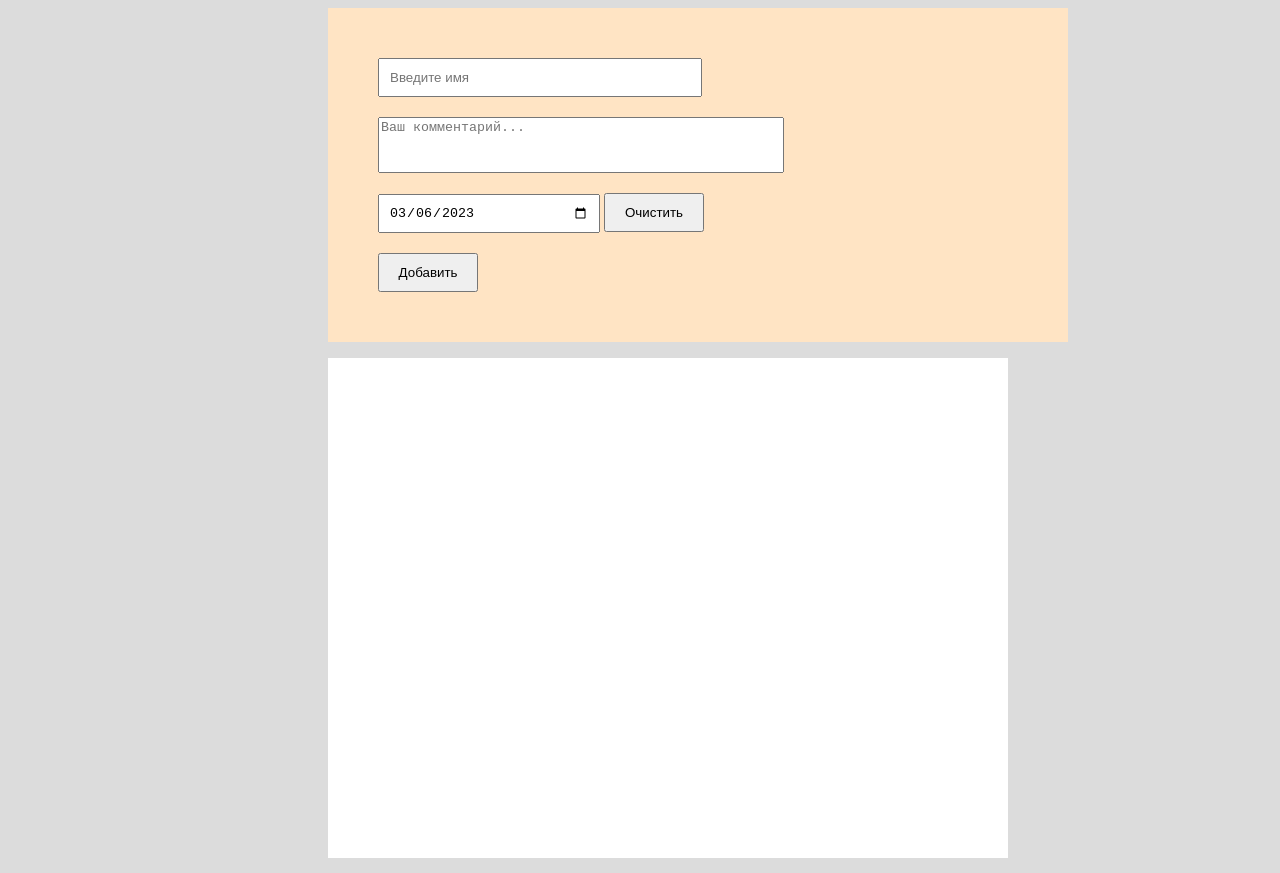
Repository: Grid-Master/commentList
Page: index.html
The author's editor kept a copy of each file at every save. The page is drawn from the files as they stood at one save, then again after a run of saves.
The browser window is 1280 px wide. The pictures show the whole page.

Above is the page before, as saved 2023-03-13 21:52:19.

After the next 2 saves:
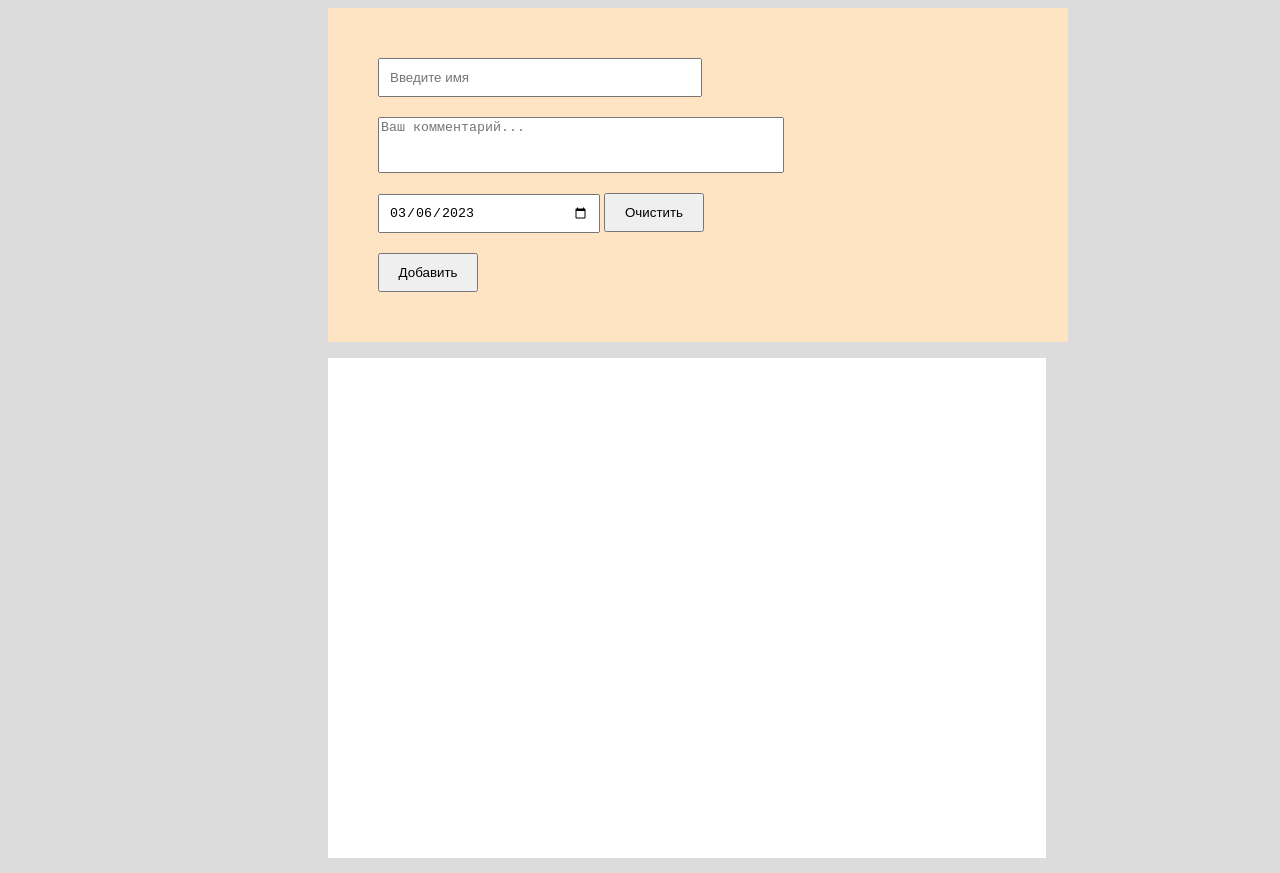
The 2 saves are shown as one change because they came seconds apart.
The last was saved 28 s later.
--- a/index.html
+++ b/index.html
@@ -42,7 +42,7 @@
       }
 
       #commentList {
-        width: 50vw;
+        width: 53vw;
         height: 500px;
         margin-left: 25vw;
         overflow-y: scroll;
